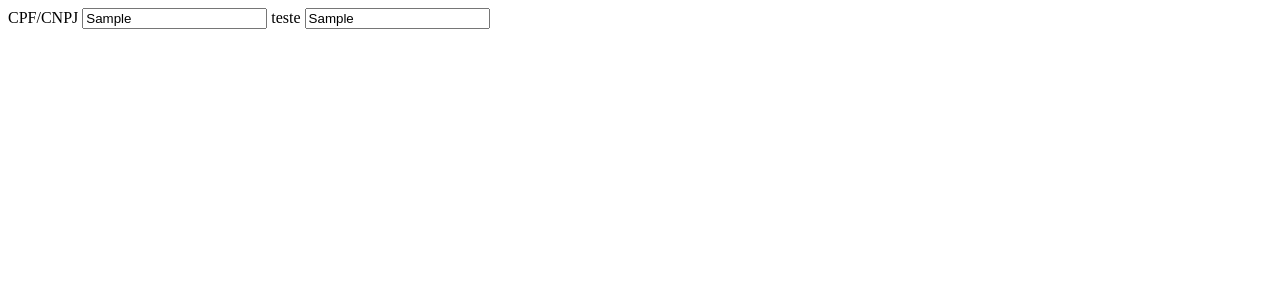
Repository: edsonjuniornarvaes/utils-js
Page: index.html
The author's editor kept a copy of each file at every save. The page is drawn from the files as they stood at one save, then again after the next save.
The browser window is 1280 px wide. The pictures show the whole page.
Empty fields were first filled with sample values (such as "Sample", 5 or name@example.com).
After loading, the first visible `#validate_cnpj_cpf` was changed once.

Above is the page before, as saved 2020-07-28 23:52:22.
Console error: TypeError: Cannot read properties of undefined (reading 'toString')

After the next save:
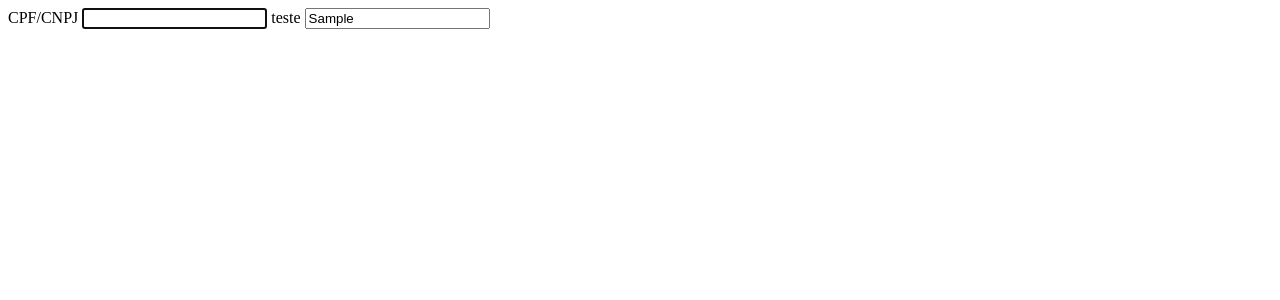
The error is gone.
Saved 28 s later.
--- a/util.js
+++ b/util.js
@@ -13,7 +13,7 @@ let cnpj_cpf = document.getElementById('validate_cnpj_cpf');
 
 cnpj_cpf.addEventListener('change', () => {
     console.log(this.value)
-    if(verifyCNPJCPF(this.value) === false) {
+    if(verifyCNPJCPF(cnpj_cpf) === false) {
         alert('Registro inválido.');
         cnpj_cpf.value = "";
         cnpj_cpf.focus();
